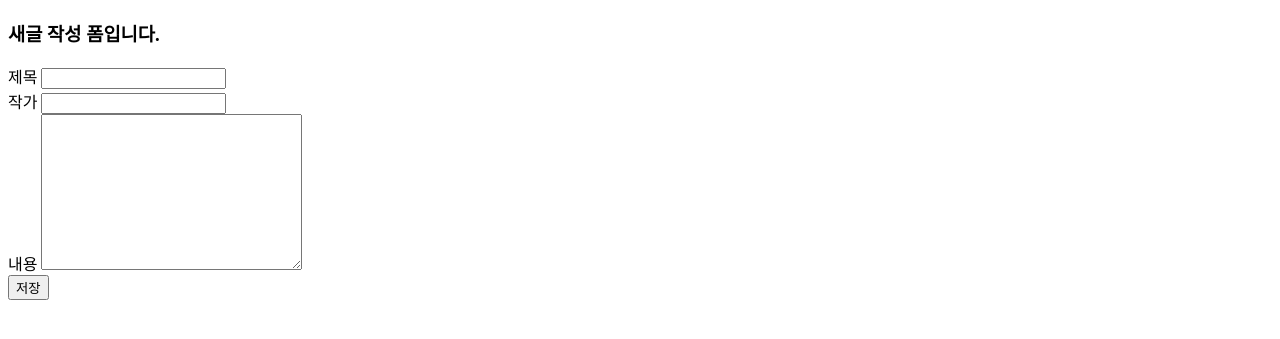
Repository: hyunhee7/web_work
Page: http://localhost/Step07_Quiz/board/insertform.jsp
The author's editor kept a copy of each file at every save. The page is drawn from the files as they stood at one save, then again after the next save.
The browser window is 1280 px wide. The pictures show the whole page.
The page is served by Tomcat 9.

Above is the page before, as saved 2017-06-27 10:27:22.

After the next save:
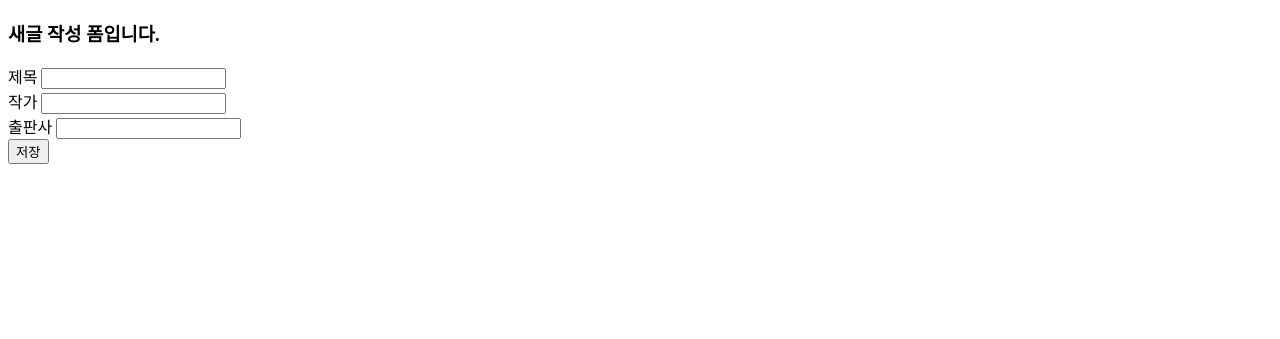
Saved 44 s later.
--- a/Step07_Quiz/WebContent/board/insertform.jsp
+++ b/Step07_Quiz/WebContent/board/insertform.jsp
@@ -13,9 +13,8 @@
 		<input type="text" name="title" id="title"/><br />
 		<label for="author">작가</label>
 		<input type="text" name="author" id="author" /><br />
-		<label for="content">내용</label>
-		<textarea name="content" id="content" cols="30" rows="10"></textarea>
-		<br />
+		<label for="publisher">출판사</label>
+		<input type="text" name="author" id="author" /><br />
 		<button type="submit">저장</button>
 	</form>
 </body>
